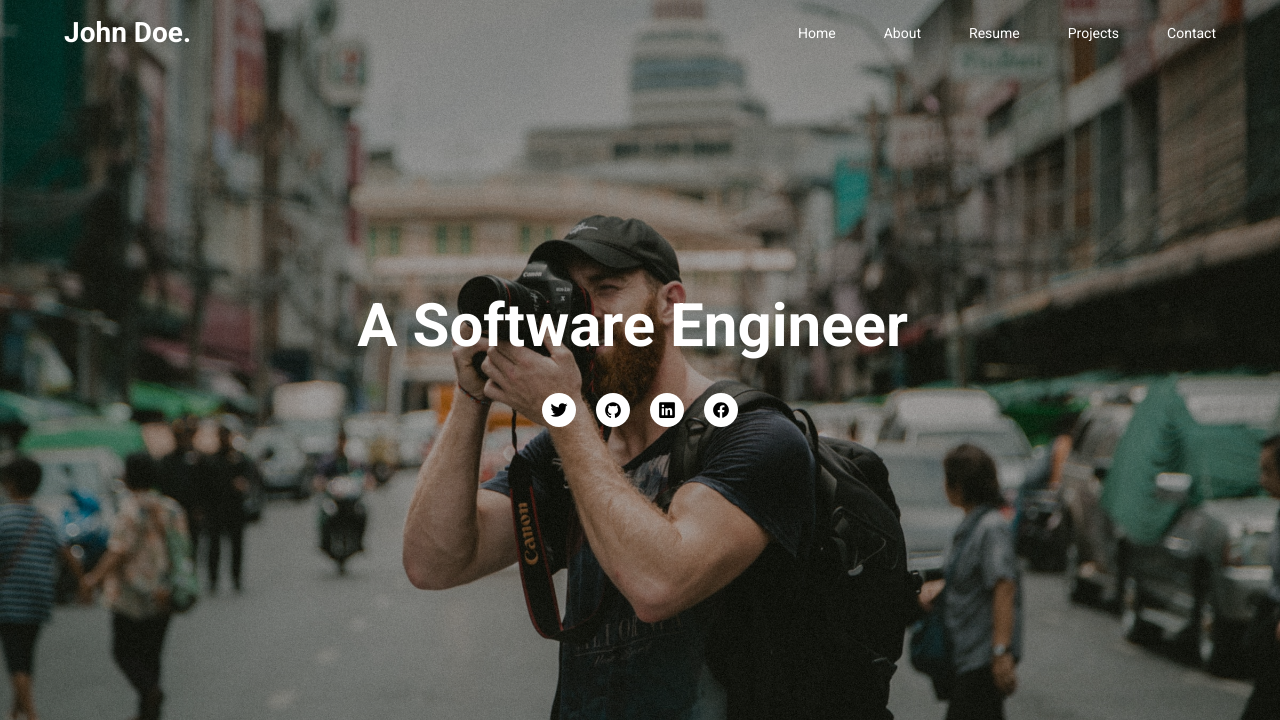
Repository: DevAntonioRogers/portfolio-tutorial
Page: index.html
An editor plug-in stored every save of this project. The page is shown before and after the next save, followed by the edit.
The browser window is 1280 px wide. The pictures show the whole page.
Backgrounds fixed to the window are drawn as part of the page.

Above is the page before, as saved 2023-10-31 23:21:26.

After the next save:
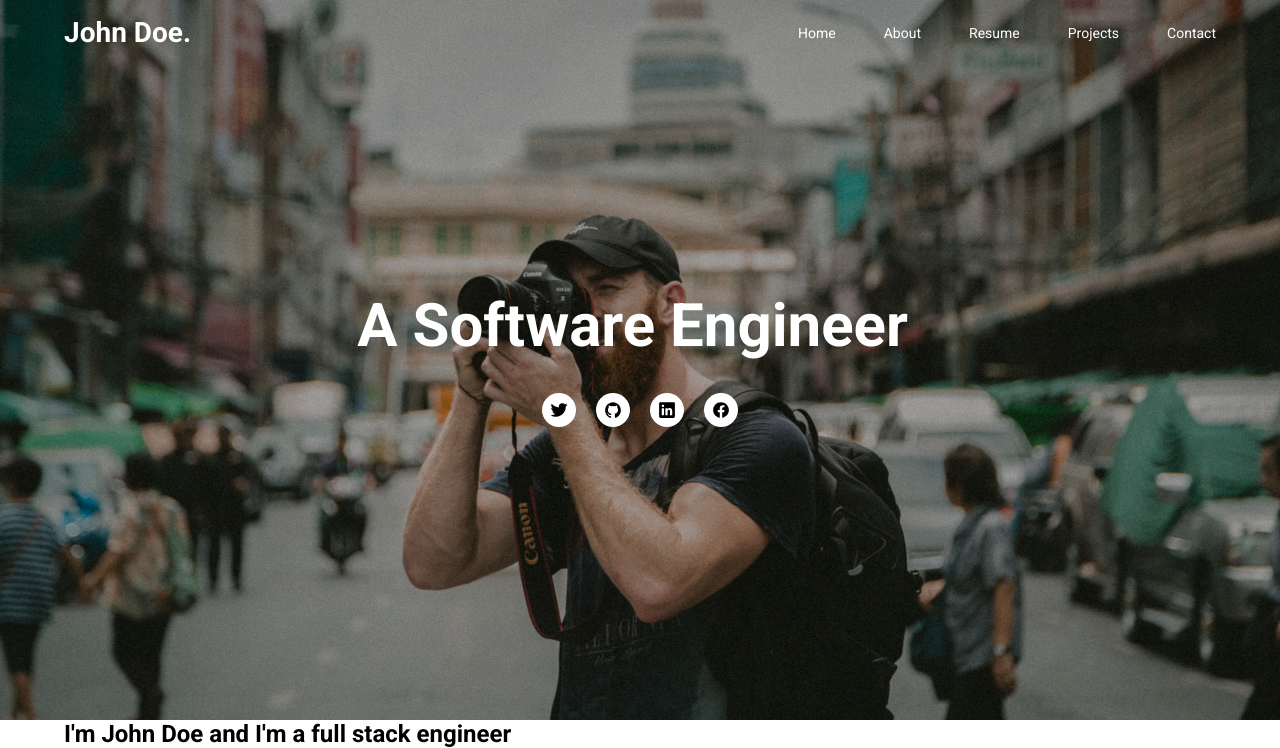
Saved 2 min 38 s later.
--- a/index.html
+++ b/index.html
@@ -73,6 +73,16 @@
           </div>
         </div>
       </section>
+
+      <!--ABOUT SECTION-->
+      <section class="about" id="about">
+        <div class="container">
+          <h1>
+            I'm <strong>John Doe</strong> and I'm a
+            <strong>full stack engineer</strong>
+          </h1>
+        </div>
+      </section>
     </main>
 
     <script src="./app.js"></script>
